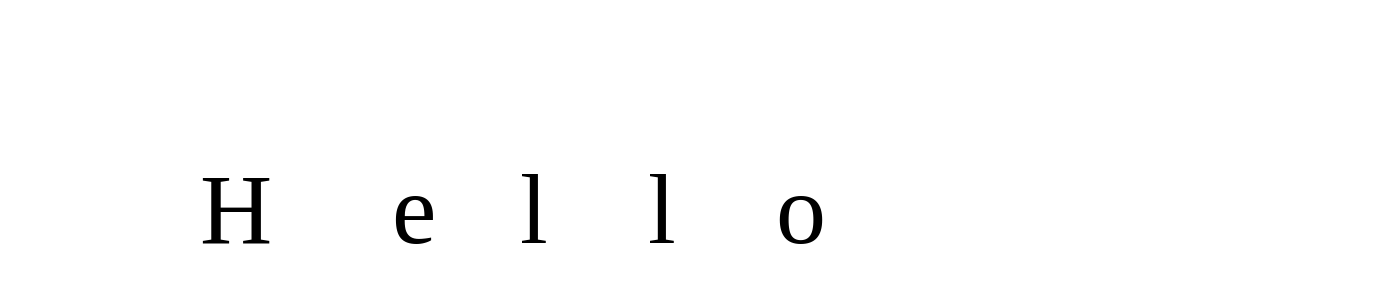
Repository: julihocc/javascript-interview-practice
Page: 01 HTML CSS/Exercise 75/index.html
The author's editor kept a copy of each file at every save. The page is drawn from the files as they stood at one save, then again after the next save.
The browser window is 1280 px wide. The page is 1400 px wide, so the pictures cover 1400 px, including what lies to the right of the window. The pictures show the whole page.

Above is the page before, as saved 2022-09-30 00:23:11.

### 01 HTML CSS/Exercise 75/index.html

<!DOCTYPE html>
<!--[if lt IE 7]>      <html class="no-js lt-ie9 lt-ie8 lt-ie7"> <![endif]-->
<!--[if IE 7]>         <html class="no-js lt-ie9 lt-ie8"> <![endif]-->
<!--[if IE 8]>         <html class="no-js lt-ie9"> <![endif]-->
<!--[if gt IE 8]>      <html class="no-js"> <!--<![endif]-->
<html>
    <head>
        <meta charset="utf-8">
        <meta http-equiv="X-UA-Compatible" content="IE=edge">
        <title></title>
        <meta name="description" content="">
        <meta name="viewport" content="width=device-width, initial-scale=1">
        <link rel="stylesheet" href="./style.css">
    </head>
    <body>
        <div class="wrapper">
            <div class="letter" id="l1">H</div>
            <div class="letter" id="l2">e</div>
            <div class="letter" id="l3">l</div>
            <div class="letter" id="l4">l</div>
            <div class="letter" id="l5">o</div>
        </div>
        <script src="" async defer></script>
    </body>
</html>

### 01 HTML CSS/Exercise 75/style.css
.wrapper {
    position: relative;
    left: 10vw;
    flex-direction: row; */
    justify-content: space-evenly;
    align-items: center;
    /* font-size:  100px; */
}

.letter{
    position: absolute;
    font-size: 100px;
    top: 20vh;
}

.letter:hover {
    position: absolute;
    font-size: 300px;
    top: 5vh;
}

#l1, #l1:hover {
    left: 5vw;
}

#l2, #l2:hover {
    left: 20vw;
}

#l3, #l3:hover {
    left: 30vw;
}

#l4, #l4:hover {
    left: 40vw;
}

#l5, #l5:hover {
    left: 50vw;
}

After the next save:
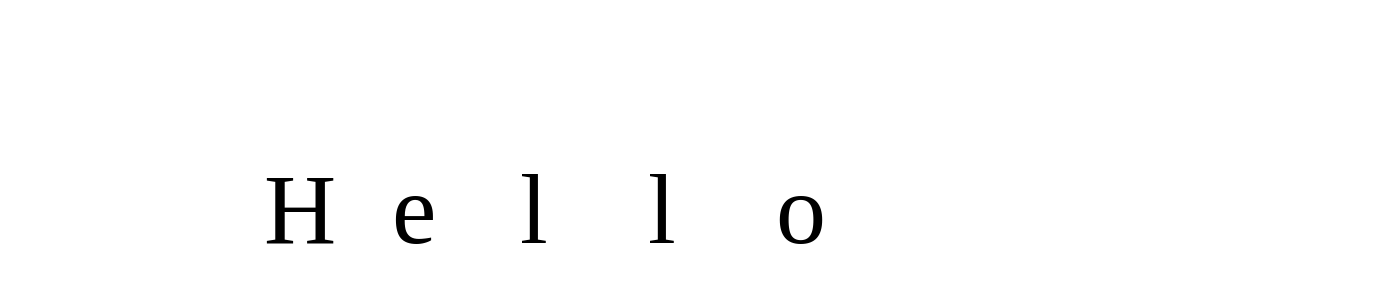
Saved 14 s later.
--- a/01 HTML CSS/Exercise 75/style.css
+++ b/01 HTML CSS/Exercise 75/style.css
@@ -20,7 +20,7 @@
 }
 
 #l1, #l1:hover {
-    left: 5vw;
+    left: 10vw;
 }
 
 #l2, #l2:hover {
